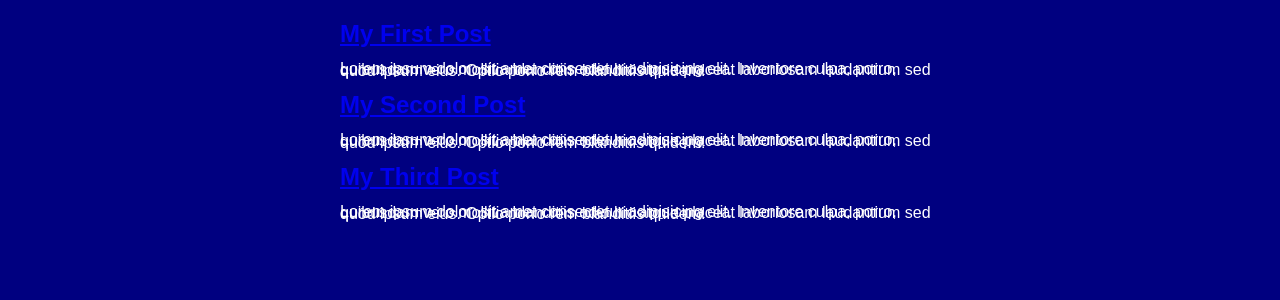
Repository: RaquelAlvarezz/example-app
Page: http://localhost/post
An editor plug-in stored every save of this project. The page is shown before and after the next save, followed by the edit.
The browser window is 1280 px wide. The pictures show the whole page.
The page is served by the project's Laravel application, run on PHP 8.4 with Laravel 8.

Above is the page before, as saved 2022-02-10 14:50:46.

After the next save:
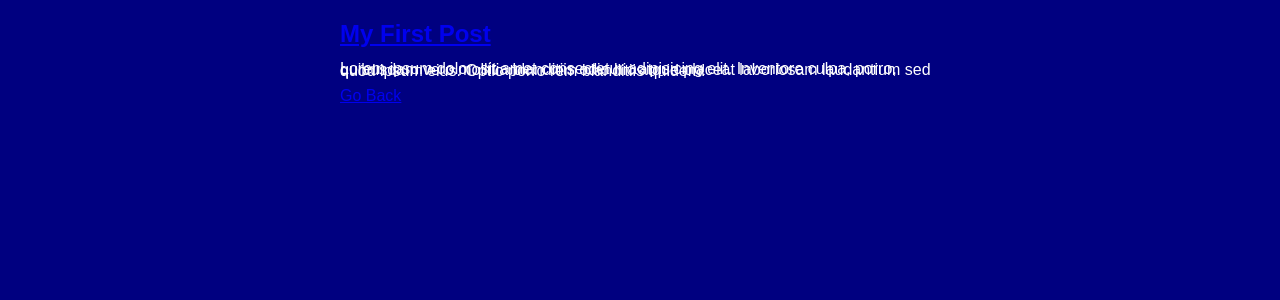
Saved 2 min 23 s later.
--- a/resources/views/post.blade.php
+++ b/resources/views/post.blade.php
@@ -7,17 +7,10 @@
 </head>
 <body>
    <article>
-       <h1><a href="/posts">My First Post</a></h1>
+       <h1><a href="/post">My First Post</a></h1>
 <p>Lorem ipsum dolor, sit amet consectetur adipisicing elit. Inventore culpa, porro, quibusdam vero mollitia blanditiis odio hic atque placeat laboriosam laudantium sed quod ipsum eius. Optio porro rem blanditiis quidem!</p>
    </article>
+<a href="/">Go Back</a>
 
-   <article>
-       <h1><a href="/posts">My Second Post</a></h1>
-<p>Lorem ipsum dolor, sit amet consectetur adipisicing elit. Inventore culpa, porro, quibusdam vero mollitia blanditiis odio hic atque placeat laboriosam laudantium sed quod ipsum eius. Optio porro rem blanditiis quidem!</p>
-   </article>
-   <article>
-       <h1><a href="/posts">My Third Post</a></h1>
-<p>Lorem ipsum dolor, sit amet consectetur adipisicing elit. Inventore culpa, porro, quibusdam vero mollitia blanditiis odio hic atque placeat laboriosam laudantium sed quod ipsum eius. Optio porro rem blanditiis quidem!</p>
-   </article>
 </body>
 </html>
